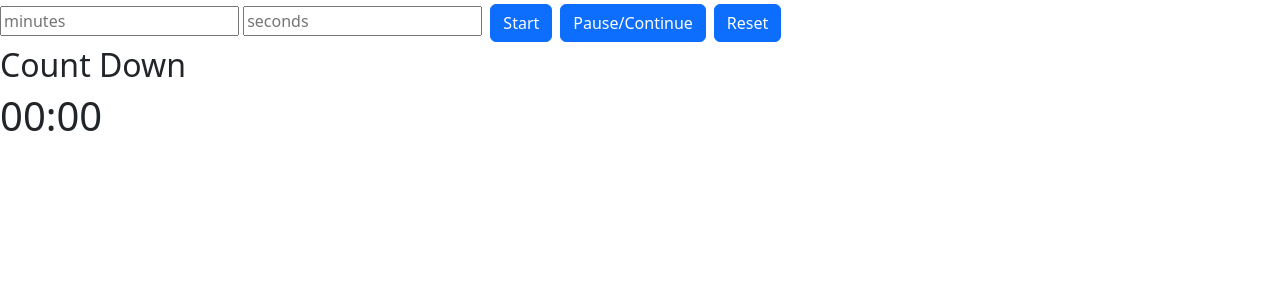
Repository: maheshdama13/reactjs-count-down
Page: /
The author's editor kept a copy of each file at every save. The page is drawn from the files as they stood at one save, then again after the next save.
The browser window is 1280 px wide. The pictures show the whole page.
The project was rebuilt for these pictures with package versions that can differ from the ones it lists, and the page was loaded fresh each time. Also part of the build but not shown: src/App.css.

Above is the page before, as saved 2022-07-01 01:45:24.

After the next save:
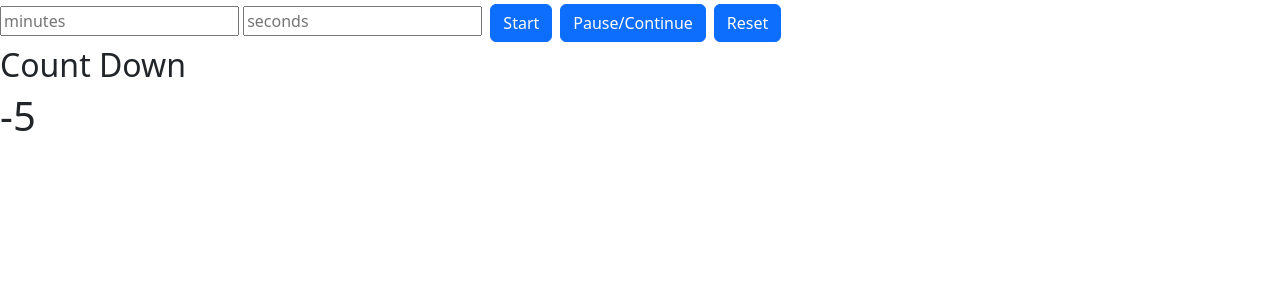
Saved 21 s later.
--- a/src/components/CountDown.js
+++ b/src/components/CountDown.js
@@ -52,7 +52,7 @@
       </form>
 
       <h2>Count Down</h2>
-      <h1>00:00</h1>
+      <h1>{timer}</h1>
     </div>
   )
 }
